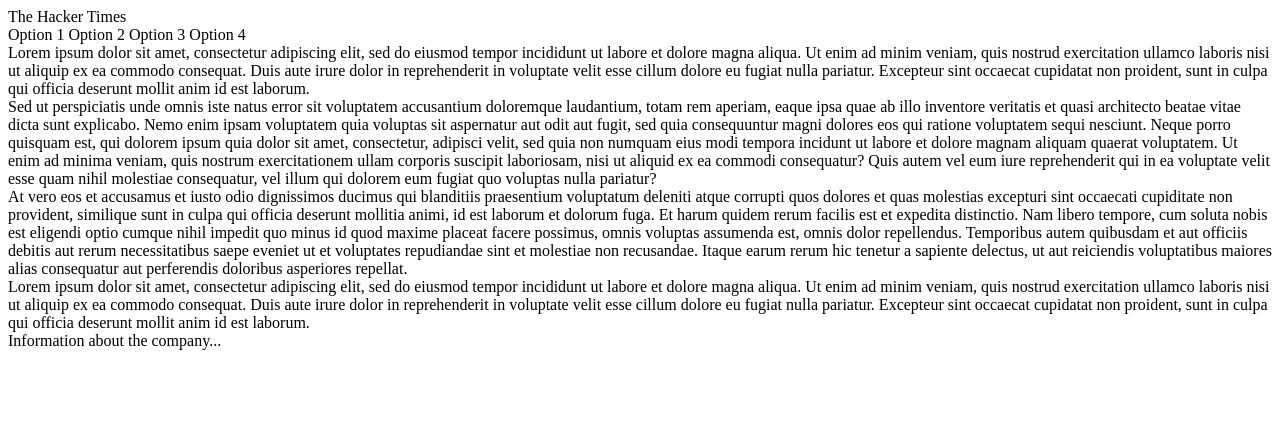
Repository: HackerUSA-CE/CSS-My-CSS-Garden
Page: index.html
An editor plug-in stored every save of this project. The page is shown before and after the next save, followed by the edit.
The browser window is 1280 px wide. The pictures show the whole page.

Above is the page before, as saved 2020-12-02 11:22:09.

After the next save:
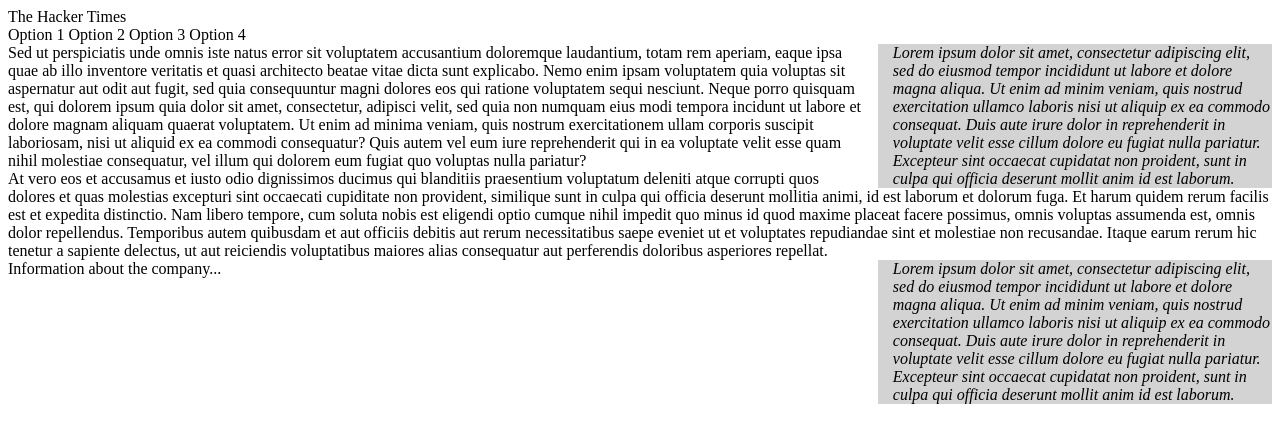
Saved 37 s later.
--- a/index.html
+++ b/index.html
@@ -3,6 +3,7 @@
 
 <head>
     <title>The Hacker Times</title>
+    <link rel="stylesheet" type="text/css" href="main.css" />
 </head>
 
 <body>

After the save that followed:
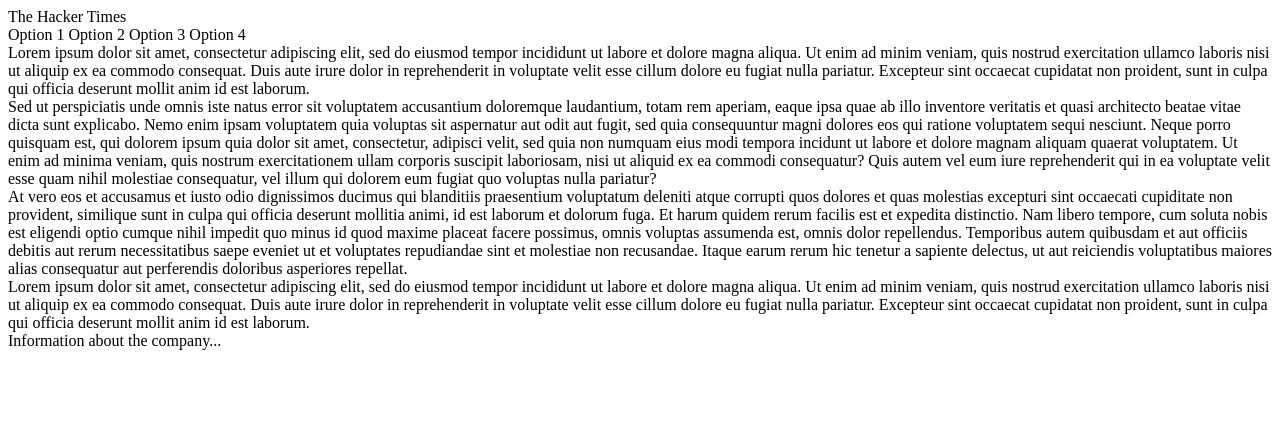
Saved 69 s later.
--- a/main.css
+++ b/main.css
@@ -1,4 +1,13 @@
-aside {
+aside-left {
+    width: 30%;
+    padding-left: 15px;
+    margin-left: 15px;
+    float: left;
+    font-style: italic;
+    background-color: lightgray;
+}
+
+aside-right {
     width: 30%;
     padding-left: 15px;
     margin-left: 15px;
